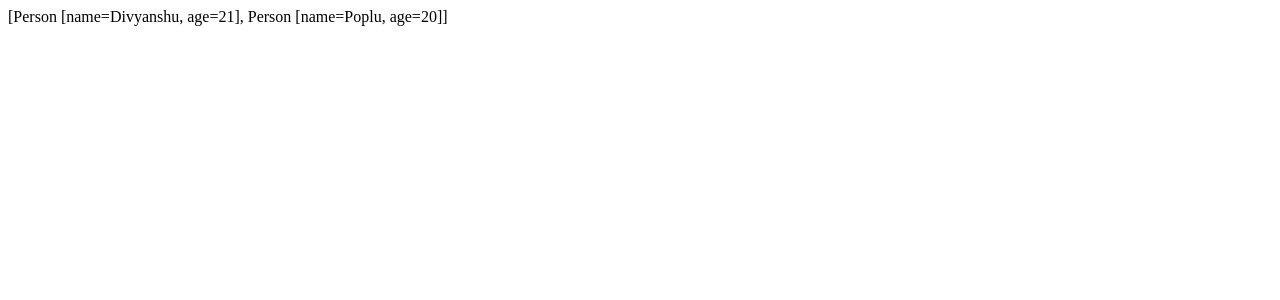
Repository: divyjais03/SpringSTS-Udemy-Practice-MyPC
Page: http://localhost/4.1_Simple_dynamicWP_with_model/
The author's editor kept a copy of each file at every save. The page is drawn from the files as they stood at one save, then again after the next save.
The browser window is 1280 px wide. The pictures show the whole page.
The page is served by Tomcat 9.

Above is the page before, as saved 2022-08-07 18:35:09.

### 4.1 Simple dynamicWP with model/src/main/webapp/view.jsp
<%@ page language="java" contentType="text/html; charset=ISO-8859-1"
    pageEncoding="ISO-8859-1"%>
<!DOCTYPE html>
<html>
<head>
<meta charset="ISO-8859-1">
<title>View</title>
</head>
<body>
<%=request.getAttribute("staffrandom") %>	<!-- code written in % % are considered as java code rest all are plain simple htmp or jsp code -->
</body>
</html>


<!-- The file which will display stuff on the web page is the view file -->

### 4.1 Simple dynamicWP with model/src/main/java/com/onmobile/Controller.java
package com.onmobile;

import java.io.IOException;
import java.util.ArrayList;
import java.util.List;

import javax.servlet.ServletException;
import javax.servlet.annotation.WebServlet;
import javax.servlet.http.HttpServlet;
import javax.servlet.http.HttpServletRequest;
import javax.servlet.http.HttpServletResponse;

import com.onmobile.model.Person;


@WebServlet("/")											// ("/") means that every request is being handled by the  Servlet
public class Controller extends HttpServlet {				//controller controls the flow of data  // THIS is SERVLET !!
	private static final long serialVersionUID = 1L;


    public Controller() {
        super();

    }

	protected void doGet(HttpServletRequest request, HttpServletResponse response) throws ServletException, IOException {

		List<Person> staff= new ArrayList<>();
	    staff.add(new Person("Divyanshu", 21));
		staff.add(new Person("Poplu", 20));


		request.setAttribute("staffrandom", staff);		// for setting the data : request.setAttribute("String name", object);
		request.getRequestDispatcher("view.jsp").forward(request, response); // this RequestDispatcher is used to navigate fom servlet to html or jsp pages // only this line in SDWP
	}

	}

### 4.1 Simple dynamicWP with model/src/main/java/com/onmobile/model/Person.java
package com.onmobile.model;

public class Person {				// person class is symbolize a Model...
                           			// whenever there is any template which symbolizes data its considered the model
	String name;
	int age;

	public Person(String name, int age) {
		super();
		this.name = name;
		this.age = age;
	}

	public String getName() {
		return name;
	}

	public void setName(String name) {
		this.name = name;
	}

	public int getAge() {
		return age;
	}

	public void setAge(int age) {
		this.age = age;
	}

	@Override
	public String toString() {
		return "Person [name=" + name + ", age=" + age + "]";
	}



}

After the next save:
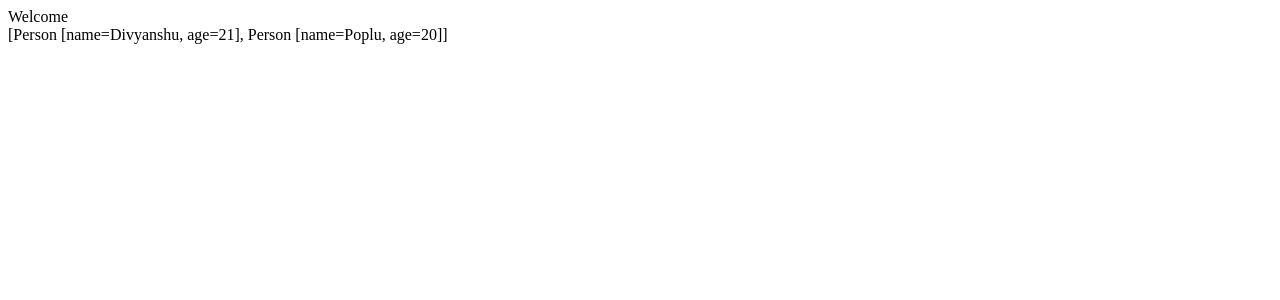
Saved 65 s later.
--- a/4.1 Simple dynamicWP with model/src/main/webapp/view.jsp
+++ b/4.1 Simple dynamicWP with model/src/main/webapp/view.jsp
@@ -7,6 +7,7 @@
 <title>View</title>
 </head>
 <body>
+Welcome<br>
 <%=request.getAttribute("staffrandom") %>	<!-- code written in % % are considered as java code rest all are plain simple htmp or jsp code -->
 </body>
 </html>
